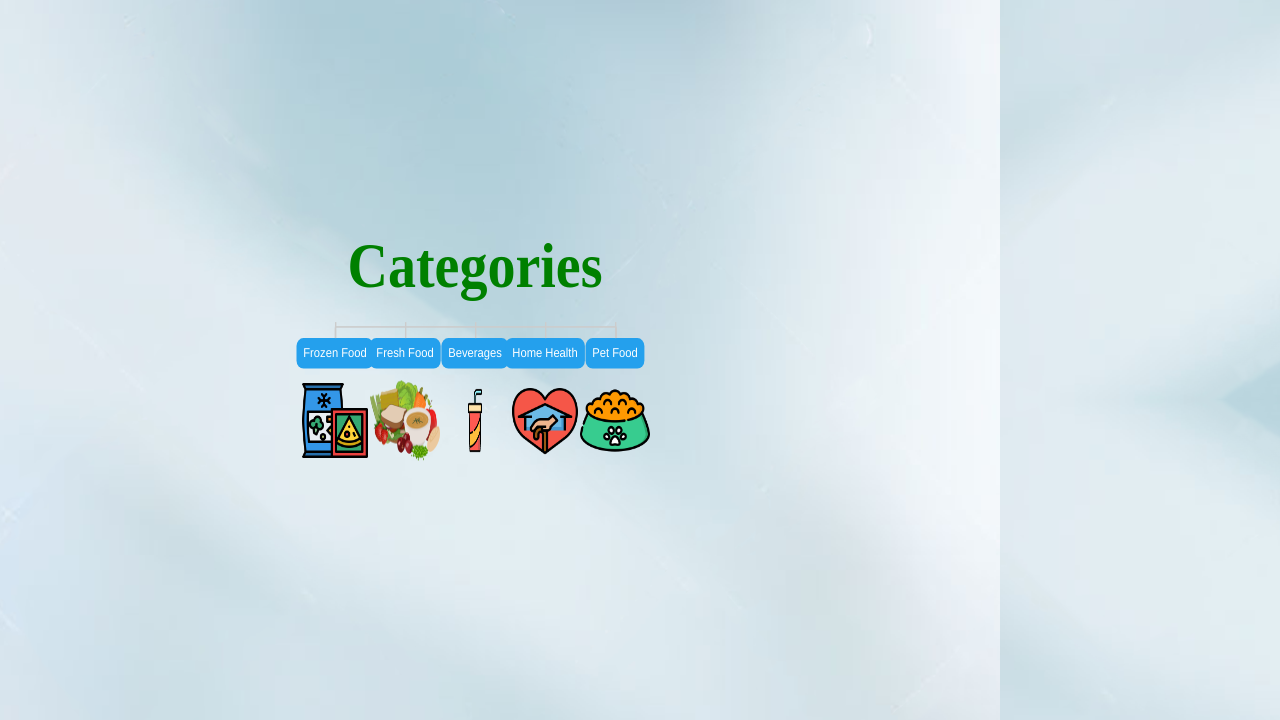
Repository: Agapitus1/Assignment-1---Self-Service-Shopping-System
Page: ass1/Full Site/GUI.html
The author's editor kept a record of every edit. The page is drawn from the files as they stood at one moment, then again after the next edit.
The browser window is 1280 px wide. The pictures show the whole page.

Above is the page before.

### ass1/Full Site/GUI.html
<!DOCTYPE html>
<html>

<head>
  <meta charset="UTF-8" />
  <meta name="viewport" content="width=device-width, initial-scale=1.0" />
   <meta http-equiv="X-UA-Compatible" content="ie=edge">

  <link rel="stylesheet" href="./GUI.css" />
  <title>BAMBANG GROCERY STORE</title>

<style>
    .left {
      position: fixed;
        height: 1000px;
        width: 1000px;
        border: 300px;
        margin-top: 000px;
        align: left;
    }

    .topright {
        position: fixed;
        left: 1000px;
        height: 400px;
        width: 600px;
        border: none;
        margin-top: 00px;
        align: right;
    }

	.bottomright {
		position: fixed;
		left: 1000px;
		top: 400px;
		height: 400px;
		width: 600px;
		border: none;
		margin-bottom: 100px;
		align: bottomright;
	}

iframe {
    border: none;
    display: block;
    width: 100%;
    min-height: 100%;
    border: none;
    overflow-y: auto;
    overflow-x: hidden;
    margin: 0px;
    padding: 0px;
}

#frames {
    width: 100%;
    min-height: 100%;
    padding: 0px;
    margin: 0px;
}

</style>



</head>

<body>

			<div id="frames">
                <div class="left-pane">
                    <div class ="left-all">
			<iframe style="background-image:url(abv.png);" name="frame1" src="new1.html" class="left"></iframe>
	    </div>
                </div>
                <div class="right-pane">
                    <div class="top-right">
      <iframe  style="background-image:url(abn.png);" name="frame2" src="new2.html" class="topright"></iframe>
    </div>
                <!-- <hr> seperator -->
                    <div class="bottom-right">
      <iframe  style="background-image:url(abc.png);" name="frame3" src="new3.html" class="bottomright"></iframe>
      </div>
                </div>
            </div>
</body>

</html>

### ass1/Full Site/GUI.css

.absolute {
  position: absolute;
  width: 50%;
  bottom: 100px;

}

div iframe {
    width: 65%;
    height: 70%;
    position: absolute;
    display: block;
    top: 45;
    right: 20;
}

.section {
  padding: 0 0 0 0;
}


.h {
  font-size: 3rem;
  text-align: center;
  margin-bottom: 5rem;
  margin-top: 5rem;
  font-weight: 600;
}

.h h1 {
  font-weight: 400;
}

.h span {
  color:  #ff4321;

}

.ac-center {
  display: grid;
  gap: 10px;
  margin-bottom: 10px;
}


.ab {
  display: grid;
  grid-template-columns: repeat(6, 1fr);
  grid-template-rows: repeat(8, 4vw);
  gap: 2rem;
}

.ab .item {
  overflow: hidden;
}

.ab img {
  object-fit: cover;
  height: 100%;
  width: 100%;
  transition: all 500ms ease-out;
}

.ab .item-1 img {
  object-fit: fill;
}

.ab img:hover {
  transform: scale(1.2);
}

* {margin: 0; padding: 0;}

/*hiding content*/
.hide {
    display: none;
}

/*chart nodes*/
.store {
    display: inline-block;
    font-family: "Helvetica Neue", georgian;
}

.store .store ul {
    padding: 0;
    margin: 0;
}

/*align children horizontally using CSS flex*/
.store ul {
    display: flex;
}

.store .beverages,
.store .freshfood,
.store .frozen,
.store .homehealth,
.store .petfood {
    display: none;
}

.store #beverages:checked +.beverages,
.store #freshfood:checked +.freshfood,
.store #frozen:checked +.frozen,
.store #homehealth:checked +.homehealth,
.store #petfood:checked +.petfood {
    display: flex;
}

.list1:hover .frozen,
.list2:hover .freshfood,
.list3:hover .beverages,
.list4:hover .homehealth,
.list5:hover .petfood {
    display: flex;
}


.store li {
    display: flex;
    flex-direction: column;
    position: relative;
}


.store .content {
    align-self: center;
    position: relative;
    margin: 20px -15px;
}

.store .special {
    align-self: center;
    position: relative;
    margin: 15px -15px;
}
.store .special2 {
    align-self: center;
    position: relative;
    margin: 15px -15px;
}

.store .kw {
 color: #24a0ed;
}

.store .collapsed > ul {
    display: none;
}


.store li::before,
.store .content::after,
.store .content::before {
    box-sizing: border-box;
    content: '';
    position: absolute;
    z-index: -1;
    border: 0px solid #CCCCCC;
}

.store li:not(:only-child)::before {
    border-top-width: 2px;
    width: 100%;
    height: 20px;
    top: 0px;
}

.aw {
  padding: 12px 20px;
  background-color: #3CBC8D;
  color: white;
}

.store li:first-child::before {
    width: calc(50% + 1px);
    right: 0;
    border-left-width: 2px;
    border-top-left-radius: 3px;
}

.store li:last-child::before {
    width: calc(50% + 3px);
    border-right-width: 2px;
    border-top-right-radius: 3px;

}

.store .content::after,
.store .content::before {
    border-left-width: 2px;
    width: 2px;
    height: 20px;
    left: calc(50% - 1px);
}

.store .content::before {
    top: -20px;
}

.store .content::after {
    bottom: -20px;
}

.store li:first-child:not(:only-child) > .content::before,
.store li:last-child:not(:only-child) > .content::before {
    border-left-width: 0px;
}

.store ul ul::before {
    content:'';
    position: relative;
    top: -20px;
    left: 50%;
    border-left: 2px solid #CCCCCC;
    width: 0;
    height: 20px;
}

.store .special::before {
    content:'';
    position: absolute;
    top: -20px;
    left: 50%;
    border-left: 2px solid #CCCCCC;
    width: 0;
    height: 20px;
}

.store .tail > .content::after,
.store .root > .content::before,
.store .collapsed > .content::after {
    display: none;
}


.tgh {

    text-align: center;
    margin-right: 50px;
    margin-top: 200px;
     transform: scale(0.7, 0.8);

}



.centered {
    text-align: center;
    margin-left: 0px;
    margin-top: 0px
}

.hmm {
    text-align: center;
    margin-left: 0px;
    margin-bottom: 30px;
    color: green;
    font-size: 80px;
}

.content {
    display: inline-block;
    background-color: #24a0ed;
    padding: 10px;
    border-radius: 10px;
    color: white;
}

.content:hover {
    background-color: #1183ca;
}

.content .collapse {
    position: absolute;
    bottom: -15px;
    left: calc(50% - 6px);
    color: #EEEEEE;
    background-color: #CCCCCC;
    border-radius: 6px;
    height: 12px;
    width: 12px;
    font-size: 12px;
    text-align: center;
}

.special {
    display: inline-block;
    background-color: #24a0ed;
    padding: 10px;
    border-radius: 10px;
    color: white;
}

.special:hover {
    background-color: #1183ca;
}

.special .collapse {
    position: absolute;
    bottom: -15px;
    left: calc(50% - 6px);
    color: #EEEEEE;
    background-color: #CCCCCC;
    border-radius: 6px;
    height: 12px;
    width: 12px;
    font-size: 12px;
    text-align: center;
}

.special2 {
    display: inline-block;
    background-color: #24a0ed;
    padding: 10px;
    border-radius: 10px;
    color: white;
}


.special2 .collapse {
    position: absolute;
    bottom: -15px;
    left: calc(50% - 6px);
    color: #EEEEEE;
    background-color: #CCCCCC;
    border-radius: 6px;
    height: 12px;
    width: 12px;
    font-size: 12px;
    text-align: center;
}

### ass1/Full Site/new2.html
<!DOCTYPE html>
<html>

<head>
  <meta charset="UTF-8" />
  <meta name="viewport" content="width=device-width, initial-scale=1.0" />
  <meta http-equiv="X-UA-Compatible" content="ie=edge">

  <link rel="stylesheet" href="./GUI.css" />

</head>

<body>

<div >

</div>

</body>

</html>

### ass1/Full Site/new3.html
<!DOCTYPE html>
<html>

<head>
  <meta charset="UTF-8" />
  <meta name="viewport" content="width=device-width, initial-scale=1.0" />
  <meta http-equiv="X-UA-Compatible" content="ie=edge">

  <link rel="stylesheet" href="./GUI.css" />

</head>

<body>


</body>

</html>

Loaded but not shown: ass1/Full Site/new1.html (411 lines, source omitted)

After the next edit:
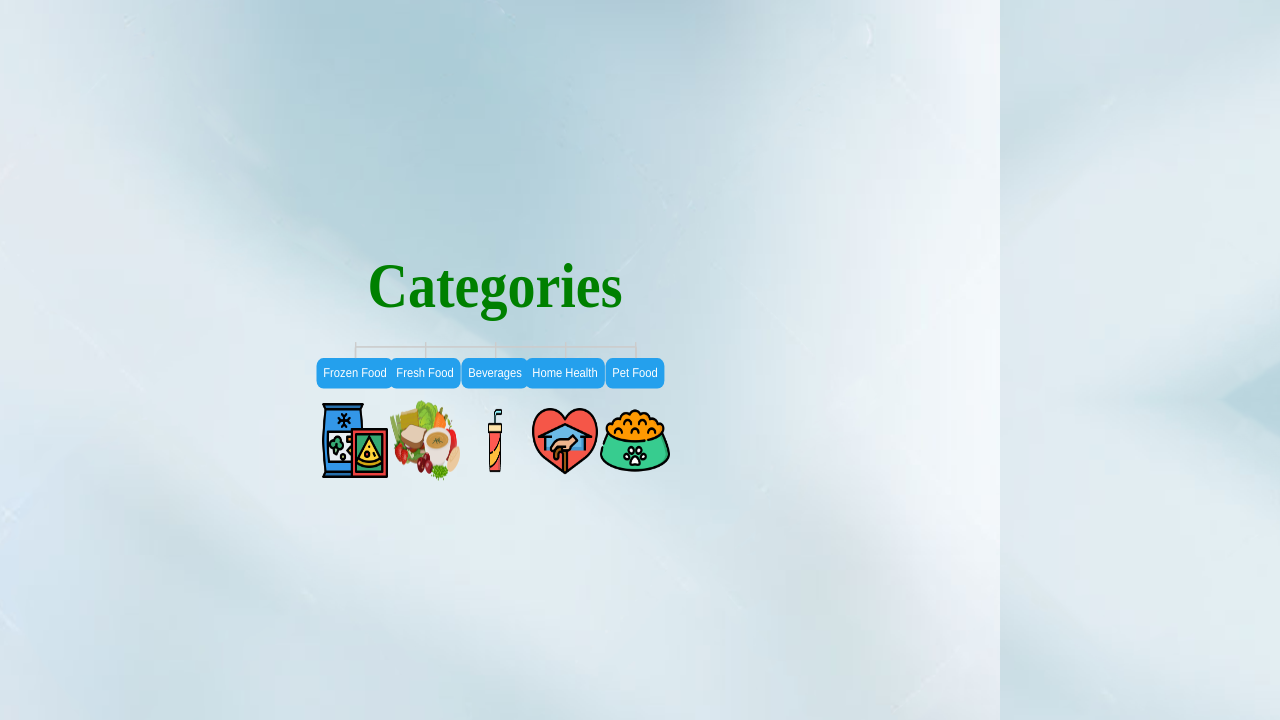
The edit:
--- a/ass1/Full Site/GUI.html
+++ b/ass1/Full Site/GUI.html
@@ -49,7 +49,7 @@
     overflow-y: auto;
     overflow-x: hidden;
     margin: 0px;
-    padding: 0px;
+    padding: 20px;
 }
 
 #frames {

After the edit that followed:
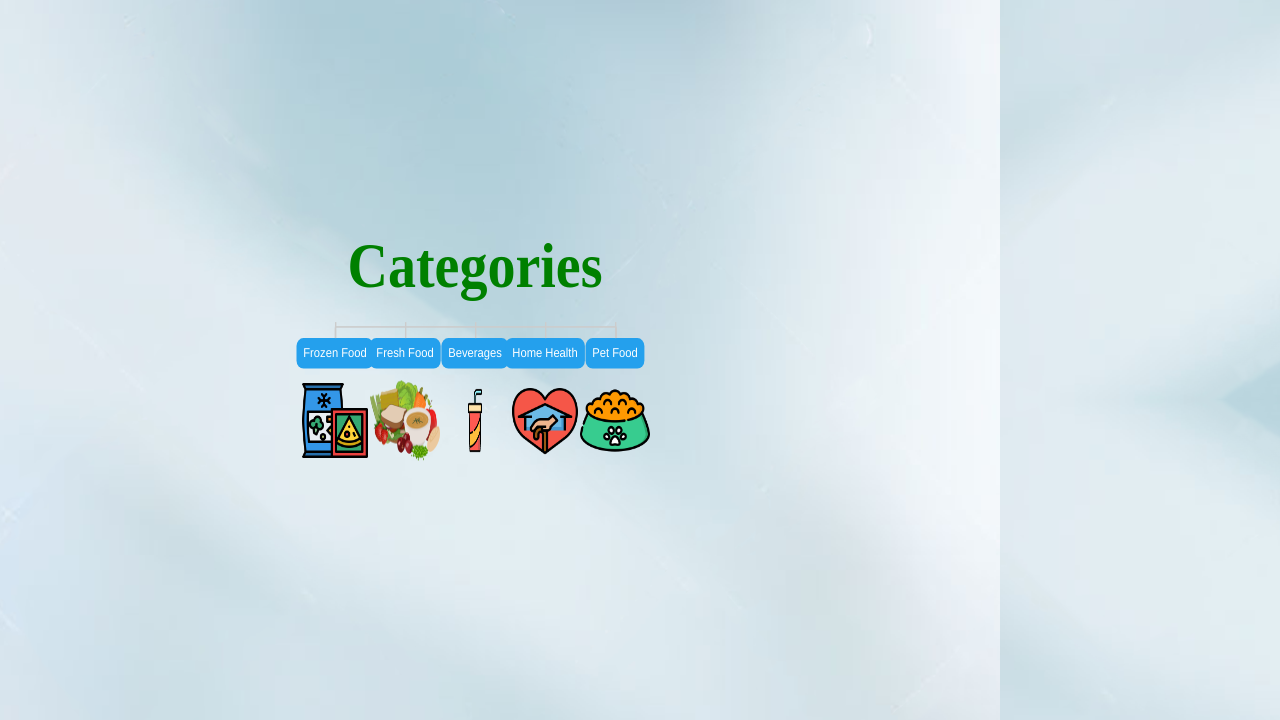
The edit:
--- a/ass1/Full Site/GUI.html
+++ b/ass1/Full Site/GUI.html
@@ -40,25 +40,6 @@
 		align: bottomright;
 	}
 
-iframe {
-    border: none;
-    display: block;
-    width: 100%;
-    min-height: 100%;
-    border: none;
-    overflow-y: auto;
-    overflow-x: hidden;
-    margin: 0px;
-    padding: 20px;
-}
-
-#frames {
-    width: 100%;
-    min-height: 100%;
-    padding: 0px;
-    margin: 0px;
-}
-
 </style>
 
 
@@ -67,22 +48,13 @@
 
 <body>
 
-			<div id="frames">
-                <div class="left-pane">
-                    <div class ="left-all">
+
 			<iframe style="background-image:url(abv.png);" name="frame1" src="new1.html" class="left"></iframe>
-	    </div>
-                </div>
-                <div class="right-pane">
-                    <div class="top-right">
+
       <iframe  style="background-image:url(abn.png);" name="frame2" src="new2.html" class="topright"></iframe>
-    </div>
-                <!-- <hr> seperator -->
-                    <div class="bottom-right">
-      <iframe  style="background-image:url(abc.png);" name="frame3" src="new3.html" class="bottomright"></iframe>
-      </div>
-                </div>
-            </div>
+
+      <iframe  style="background-image:url(abc.png);" id="frame3" name="frame3" src="new3.html" class="bottomright"></iframe>
+
 </body>
 
 </html>
